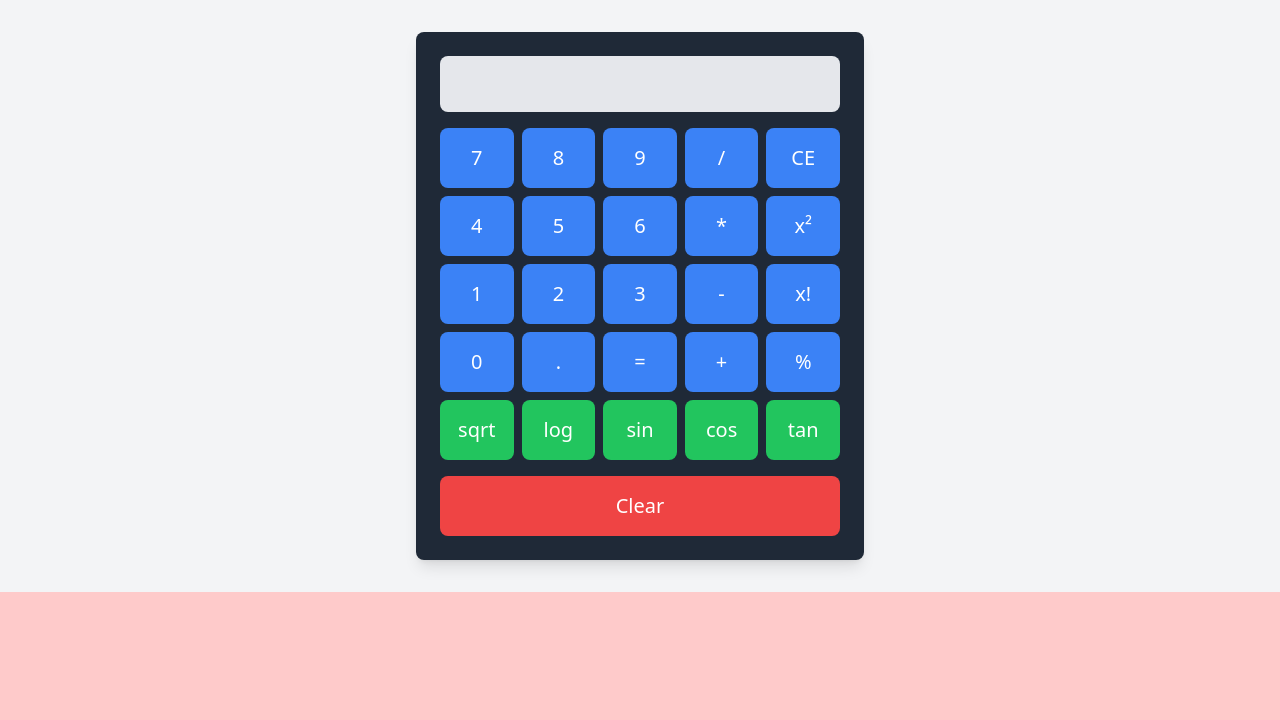
Repository: Sirinegaddour11/Calculator-App
Page: /
An editor plug-in stored every save of this project. The page is shown before and after a run of saves, followed by the edit.
The browser window is 1280 px wide. The pictures show the whole page.
The project was rebuilt for these pictures with package versions that can differ from the ones it lists, and the page was loaded fresh each time. The framework's server and built-in components were replaced by stand-ins that run in the browser. Also part of the build but not shown: next.config.mjs.

Above is the page before, as saved 2024-09-16 19:18:57.

### app/layout.tsx
import type { Metadata } from "next";
import "./globals.css";

export const metadata: Metadata = {
  title: "Calculator App",
  description: "Generated by me",
};

export default function RootLayout({
  children,
}: Readonly<{
  children: React.ReactNode;
}>) {
  return (
    <html lang="en">
      <body className="bg-red-200">{children}</body>
    </html>
  );
}

### app/page.tsx
import Calculator from "@/components/calculator";
import Image from "next/image";

export default function Home() {
  return (
    <div>
      <Calculator />
    </div>
  );
}

### app/globals.css
@tailwind base;
@tailwind components;
@tailwind utilities;

.dark .three-d {
  text-shadow: 0px 5px 0px #533519;
}
.three-d {
  text-shadow: none;
}
.dark .simplebar-scrollbar ::before {
 background-color: rgb(216, 217, 231);
}

### components/calculator.tsx
"use client";
import React, { useState } from "react";
import { evaluate, pi, exp, ln, factorial } from "mathjs";

const Calculator: React.FC = () => {
  const [expression, setExpression] = useState<string>("");
  const [lastResult, setLastResult] = useState<string>("");

  const handleButtonClick = (value: string) => {
    switch (value) {
      case "pi":
        setExpression((prev) => prev + pi.toString());
        break;
      case "e":
        setExpression((prev) => prev + exp(1).toString());
        break;
      case "Ans":
        setExpression((prev) => prev + lastResult);
        break;
      case "ln":
        setExpression((prev) => prev + "ln(");
        break;
      case "x!":
        setExpression((prev) => prev + "factorial(");
        break;
      case "%":
        setExpression((prev) => prev + "/100");
        break;
      case "inv":
        setExpression((prev) => prev + "^(-1)");
        break;
      case "EXP":
        setExpression((prev) => prev + "*10^");
        break;
      case "CE":
        setExpression((prev) => prev.slice(0, -1));
        break;
      case "x²":
        setExpression((prev) => prev + "^2");
        break;
      default:
        if (["sqrt", "log", "sin", "cos", "tan", "^"].includes(value)) {
          setExpression((prev) => prev + value + "(");
        } else if (value === ")") {
          setExpression((prev) => prev + value);
        } else {
          setExpression((prev) => prev + value);
        }
        break;
    }
  };

  const handleCalculate = () => {
    try {
      const result = evaluate(expression);
      setLastResult(result.toString());
      setExpression(result.toString());
    } catch (error) {
      setExpression("Error");
    }
  };

  const handleClear = () => {
    setExpression("");
    setLastResult("");
  };

  return (
    <div className="flex justify-center items-center min-w-[50vh] p-8 bg-gray-100">
      <div className="max-w-md w-full bg-gray-800 rounded-lg shadow-lg p-6">
        <input
          type="text"
          className="w-full mb-4 p-3 text-2xl text-right bg-gray-200 rounded-lg"
          value={expression}
          readOnly
        />
        <div className="grid grid-cols-5 gap-2">
          {/* Ligne 1 */}
          {["7", "8", "9", "/", "CE"].map((value, index) => (
            <button
              key={index}
              className="p-4 bg-blue-500 text-white rounded-lg hover:bg-blue-600 text-xl"
              onClick={() =>
                value === "CE"
                  ? handleButtonClick(value)
                  : handleButtonClick(value)
              }
            >
              {value}
            </button>
          ))}
          {/* Ligne 2 */}
          {["4", "5", "6", "*", "x²"].map((value, index) => (
            <button
              key={index}
              className="p-4 bg-blue-500 text-white rounded-lg hover:bg-blue-600 text-xl"
              onClick={() => handleButtonClick(value)}
            >
              {value}
            </button>
          ))}
          {/* Ligne 3 */}
          {["1", "2", "3", "-", "x!"].map((value, index) => (
            <button
              key={index}
              className="p-4 bg-blue-500 text-white rounded-lg hover:bg-blue-600 text-xl"
              onClick={() => handleButtonClick(value)}
            >
              {value}
            </button>
          ))}
          {/* Ligne 4 */}
          {["0", ".", "=", "+", "%"].map((value, index) => (
            <button
              key={index}
              className="p-4 bg-blue-500 text-white rounded-lg hover:bg-blue-600 text-xl"
              onClick={() =>
                value === "=" ? handleCalculate() : handleButtonClick(value)
              }
            >
              {value}
            </button>
          ))}
          {/* Ligne 5 (fonctions scientifiques) */}
          {["sqrt", "log", "sin", "cos", "tan"].map((func, index) => (
            <button
              key={index}
              className="p-4 bg-green-500 text-white rounded-lg hover:bg-green-600 text-xl"
              onClick={() => handleButtonClick(func)}
            >
              {func}
            </button>
          ))}

        </div>
        <button
          className="mt-4 w-full p-4 bg-red-500 text-white rounded-lg hover:bg-red-600 text-xl"
          onClick={handleClear}
        >
          Clear
        </button>
      </div>
    </div>
  );
};

export default Calculator;

Loaded but not shown: tailwind.config.ts (common file)

After the next 2 saves:
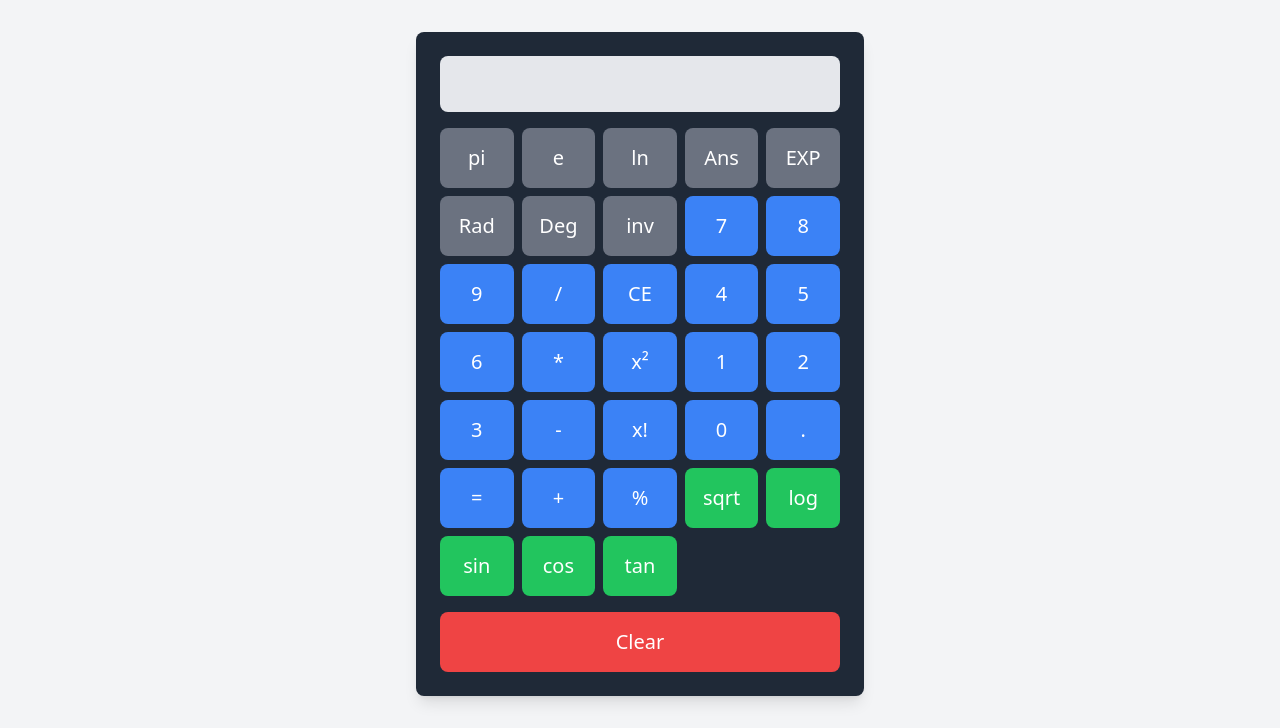
The 2 saves are shown as one change because they came seconds apart.
The last was saved 11 s later.
--- a/components/calculator.tsx
+++ b/components/calculator.tsx
@@ -75,6 +75,18 @@ const Calculator: React.FC = () => {
           readOnly
         />
         <div className="grid grid-cols-5 gap-2">
+          {/* Ligne 6 (fonctions supplémentaires) */}
+          {["pi", "e", "ln", "Ans", "EXP", "Rad", "Deg", "inv"].map(
+            (func, index) => (
+              <button
+                key={index}
+                className="p-4 bg-gray-500 text-white rounded-lg hover:bg-gray-600 text-xl"
+                onClick={() => handleButtonClick(func)}
+              >
+                {func}
+              </button>
+            )
+          )}
           {/* Ligne 1 */}
           {["7", "8", "9", "/", "CE"].map((value, index) => (
             <button
@@ -131,7 +143,6 @@ const Calculator: React.FC = () => {
               {func}
             </button>
           ))}
-
         </div>
         <button
           className="mt-4 w-full p-4 bg-red-500 text-white rounded-lg hover:bg-red-600 text-xl"
